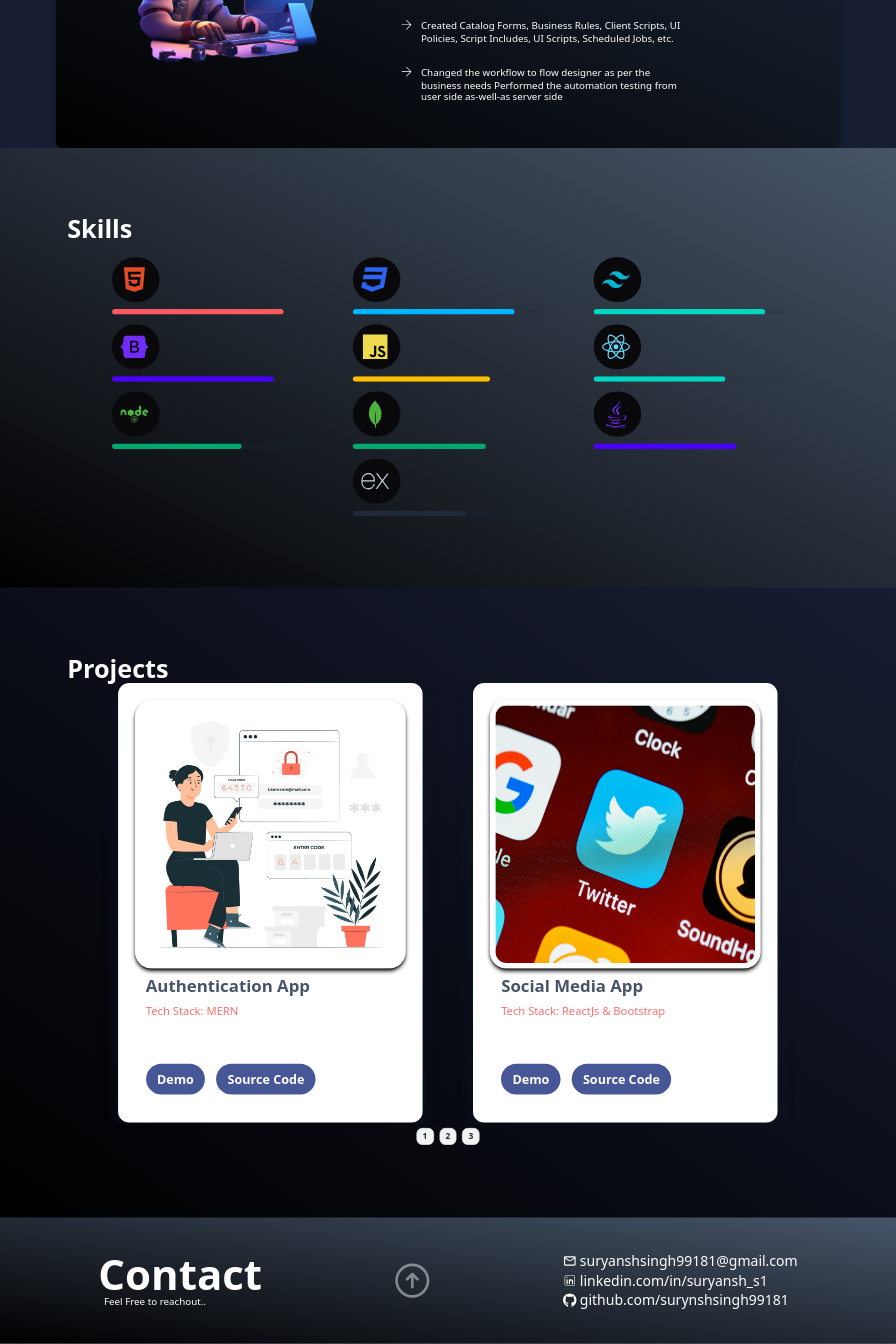
Repository: suryanshsingh99181/portfolio
Page: /
These files come from the project's save history. The page is drawn as it stood at one moment and after the next save; the edit follows.
The browser window is 1280 px wide. The pictures show the part of the page from y = 878 to 2798 px (the page is 2798 px tall), at 70% of full size.
The project was rebuilt for these pictures with package versions that can differ from the ones it lists, and the page was loaded fresh each time. Also part of the build but not shown: vite.config.js.

Above is the page before, as saved 2024-08-23 11:14:01.

### src/main.jsx
import { StrictMode } from "react";
import { createRoot } from "react-dom/client";
import App from "./App.jsx";
import "./index.css";
import { BrowserRouter, Router } from "react-router-dom";

createRoot(document.getElementById("root")).render(
  <StrictMode>
    <App />
  </StrictMode>
);

### src/App.jsx
import Experience from "./Components/experience/Experience";
import Footer from "./Components/footer/Footer";
import Home from "./Components/home/Home";
import Navbar from "./Components/navbar/Navbar";
import Projects from "./Components/Projects/Projects";
import Skills from "./Components/skills/Skills";
import "./index.css";

function App() {
  return (
    <div className="bg-[#171d32] h-auto w-full overflow-hidden">
      <Navbar></Navbar>
      <Home></Home>
      <Experience></Experience>
      <Skills></Skills>
      <Projects></Projects>
      <Footer></Footer>
    </div>
  );
}

export default App;

### src/Components/experience/Experience.jsx
import { InboxArrowDownIcon } from "@heroicons/react/16/solid";
import { TfiArrowRight } from "react-icons/tfi";
import image from "../../assets/proj.png";
import allstate_logo from "../../assets/Allstate-Logo-2017.png";

const Experience = () => {
  return (
    <div
      id="Experience"
      className="text-white md:flex overflow-hidden items-center md:flex-wrap md:justify-center bg-gradient-to-tr from-black to to-slate-800 shadow-xl mx-0 md:mx-20 bg-opacity-30 rounded-lg p-12"
    >
      <div>
        <h2 className="text-2xl md:text-4xl font-bold">Experience</h2>
        <div className="md:flex flex-wrap flex-col md:flex-row items-center">
          <img
            className="md:h-80 -ml-28 pr-10"
            src={image}
            alt="Experience Image"
          />
          <ul>
            <div className="flex gap-10 bg-slate-950 bg-opacity-45 mt-4 rounded-lg p-4 items-center">
              <span className="text-white">
                <h2 className=" leading-tight ">
                  Associate Consultant at Allstate Solution Pvt Ltd
                </h2>
                <p className="text-sm leading-tight font-thin">
                  August 2022 - Nov 2023
                </p>
                <ul className="text-sm p-2">
                  <li>ServiceNow developer</li>
                </ul>
              </span>
              <span>
                <img src={allstate_logo} className="w-28 text-[#0033A0]" />
              </span>
            </div>
            <div className="flex gap-3 py-4">
              <TfiArrowRight />
              <span className="w-96">
                <p className="text-sm md:text-md leading-tight">
                  Incident management, change management, problem management,
                  configuration management, asset management, and other
                </p>
              </span>
            </div>
            <div className="flex gap-3 py-4">
              <TfiArrowRight />
              <span className="w-96">
                <p className="text-sm md:text-md leading-tight">
                  Created Catalog Forms, Business Rules, Client Scripts, UI
                  Policies, Script Includes, UI Scripts, Scheduled Jobs, etc.
                </p>
              </span>
            </div>

            <div className="flex gap-3 py-4">
              <TfiArrowRight />
              <span className="w-96">
                <p className="text-sm md:text-md leading-tight">
                  Changed the workflow to flow designer as per the business
                  needs Performed the automation testing from user side
                  as-well-as server side
                </p>
              </span>
            </div>
          </ul>
        </div>
      </div>
    </div>
  );
};

export default Experience;

### src/Components/footer/Footer.jsx
import { CiLinkedin } from "react-icons/ci";
import { FaGithub } from "react-icons/fa";
import { MdOutlineEmail } from "react-icons/md";
import { HiOutlineArrowUpCircle } from "react-icons/hi2";

const Footer = () => {
  const handleScrollTop = () => {
    const contactSection = document.getElementById("navbar");
    if (contactSection) {
      contactSection.scrollIntoView({ behavior: "smooth" });
    }
  };
  return (
    <div
      id="Contact"
      className="flex justify-around bg-gradient-to-tr from-black to to-slate-600 text-white p-10 md:p-12 items-center"
    >
      <div>
        <h1 className="text-2xl md:text-6xl font-bold">Contact</h1>
        <h3 className="ml-2 text-2xl md:text-sm font-normal ">
          Feel Free to reachout..
        </h3>
      </div>
      <HiOutlineArrowUpCircle
        className="text-6xl opacity-45 font-thin hover:"
        title="scroll up"
        onClick={handleScrollTop}
      />
      <ul className="text-sm md:text-xl">
        <li className="flex gap-1 items-center">
          <MdOutlineEmail />
          suryanshsingh99181@gmail.com
        </li>
        <li className="flex gap-1 items-center">
          <CiLinkedin />
          linkedin.com/in/suryansh_s1
        </li>
        <li className="flex gap-1 items-center">
          <FaGithub />
          github.com/surynshsingh99181
        </li>
      </ul>
    </div>
  );
};

export default Footer;
<div></div>;

### src/Components/home/Home.jsx
import React from "react";
import image from "../../assets/suryansh.jpg";
import TextChanger from "../../TextChanger";

const Home = () => {
  const handleScroll = () => {
    const contactSection = document.getElementById("Contact");
    if (contactSection) {
      contactSection.scrollIntoView({ behavior: "smooth" });
    }
  };
  return (
    <div className="bg-gradient-to-tr from-black to to-slate-600 text-white flex w-full justify-between items-start p-10 md:p-20">
      <div className="md:w-2/4 md:pt-10 mt-10">
        <h1 className="text-3xl md:text-6xl font-bold flex leading-normal tracking-tighter ">
          <TextChanger className=" whitespace-nowrap" />
        </h1>
        <p className="text-sm md:text-2xl leading-tight tracking-tight font-serif mt-4">
          a MERN stack developer...
        </p>
        <button
          className=" bg-blue-500 mt-5 md:md-10 text-white py-2 px-3 text-sm md:text-lg md:px-4 hover: duration-200 hover:bg-transparent hover:border-2 hover:border-[#FF7C00] font-semibold rounded-3xl"
          onClick={handleScroll}
        >
          Contact Me
        </button>
        <button
          className=" bg-blue-500 mt-5 ml-4 md:md-10 text-white py-2 px-3 text-sm md:text-lg md:px-4 hover: duration-200 hover:bg-transparent hover:border-2 hover:border-[#FF7C00] font-semibold rounded-3xl"
          onClick={""}
        >
          Resume
        </button>
      </div>
      <div>
        <img
          className="h-96 w-96 rounded-full object-cover object-center p-2 border-4 border-[#FF7C00] shadow-[0_0_0_5px_rgba(0,0,0,1)]"
          src={image}
          alt=""
        />
      </div>
    </div>
  );
};

export default Home;

### src/Components/navbar/Navbar.jsx
import { RiCloseLine, RiMenu3Line } from "@remixicon/react";
import React, { useState } from "react";

const Navbar = () => {
  const [showMenu, setShowMenu] = useState(true);
  const [menu, openMenu] = useState(false);
  return (
    <nav
      id="navbar"
      className="flex flex-wrap justify-between md:items-center text-white px-10 md:px-20 bg-slate-800 "
    >
      <span className="text-2xl font-bold tracking-wide hover:text-blue-300">
        Suryansh.
      </span>
      <ul
        className={`mx-24 mt-3 py-2 font-semibold md:-5 md:border-none  md:bg-transparent md:static md:mx-0 md:flex gap-6 ${
          menu ? "block" : "hidden"
        }`}
      >
        <a href="#Experience">
          <li className="text-md transition-all duration-500 p-1 md:p-0 hover:text-blue-300 hover:underline ">
            Experience
          </li>
        </a>
        <a href="#Skills">
          <li className="text-md transition-all duration-300 p-1 md:p-0 hover:text-blue-300 hover:underline">
            Skills
          </li>
        </a>
        <a href="#Projects">
          <li className="text-md transition-all duration-300 p-1 md:p-0 hover:text-blue-300 hover:underline">
            Projects
          </li>
        </a>
        <a href="#Contact">
          <li className="text-md transition-all duration-300 p-1 md:p-0 hover:text-blue-300 hover:underline">
            Contact
          </li>
        </a>
      </ul>
      {showMenu ? (
        <RiMenu3Line
          size={30}
          className="md:hidden absolute right-10 top-6 transition-all duration-300"
          onClick={() => {
            openMenu(!menu);
            setShowMenu(!showMenu);
          }}
        />
      ) : (
        <RiCloseLine
          size={30}
          className="md:hidden absolute right-10 top-6 transition-all duration-300"
          onClick={() => {
            openMenu(!menu);
            setShowMenu(!showMenu);
          }}
        />
      )}
    </nav>
  );
};

export default Navbar;

### src/Components/Projects/Projects.jsx
import ProjectCard from "./ProjectCard";
import proj1 from "../../assets/1.jpg";
import proj2 from "../../assets/2.jpg";
import proj3 from "../../assets/3.png";
import proj4 from "../../assets/6.png";
import proj5 from "../../assets/4.jpeg";
import proj6 from "../../assets/5.jpg";

const Projects = () => {
  return (
    <div
      id="Projects"
      className=" bg-gradient-to-tr from-black to to-slate-600p-10 md:p-24 text-white"
    >
      <h1 className="text-2xl md:text-4xl text-white font-bold">Projects</h1>

      {/* <div className="py-12 flex flex-wrap justify-evenly gap-y-3">
        <ProjectCard
          imgSrc={proj1}
          title="Authentication App"
          main="Tech Stack: MERN"
        />
        <ProjectCard
          imgSrc={proj2}
          title="Social Media App"
          main="Tech Stack: ReactJs & Bootstrap"
        />
        <ProjectCard
          imgSrc={proj3}
          title="Calculator"
          main="Tech Stack: ReactJs & TailwindCss"
        />
        <ProjectCard
          imgSrc={proj4}
          title="Rock-Paper-Scissor Game"
          main="Tech Stack: HTML, TailwindCss & Javascript"
        />
        <ProjectCard
          imgSrc={proj5}
          title="Myntra Functional Clone"
          main="Tech Stack: HTML, TailwindCss & Javascript"
        />
        <ProjectCard
          imgSrc={proj6}
          title="Amazon Clone UI"
          main="Tech Stack: HTML & CSS"
        />
      </div> */}
      <div className="carousel w-full">
        <div id="item1" className="carousel-item w-full justify-evenly">
          <ProjectCard
            imgSrc={proj1}
            title="Authentication App"
            main="Tech Stack: MERN"
          />
          <ProjectCard
            imgSrc={proj2}
            title="Social Media App"
            main="Tech Stack: ReactJs & Bootstrap"
          />
        </div>
        <div id="item2" className="carousel-item w-full justify-evenly">
          <ProjectCard
            imgSrc={proj3}
            title="Calculator"
            main="Tech Stack: ReactJs & TailwindCss"
          />
          <ProjectCard
            imgSrc={proj4}
            title="Rock-Paper-Scissor Game"
            main="Tech Stack: HTML, TailwindCss & Javascript"
          />
        </div>
        <div id="item3" className="carousel-item w-full justify-evenly">
          <ProjectCard
            imgSrc={proj5}
            title="Myntra Functional Clone"
            main="Tech Stack: HTML, TailwindCss & Javascript"
          />
          <ProjectCard
            imgSrc={proj6}
            title="Amazon Clone UI"
            main="Tech Stack: HTML & CSS"
          />
        </div>
      </div>
      <div className="flex w-full justify-center gap-2 py-2">
        <a href="#item1" className="btn btn-xs">
          1
        </a>
        <a href="#item2" className="btn btn-xs">
          2
        </a>
        <a href="#item3" className="btn btn-xs">
          3
        </a>
      </div>
    </div>
  );
};

export default Projects;

### src/Components/skills/Skills.jsx
import { Progress } from "@material-tailwind/react";
import "daisyui/dist/full.css";
import {
  FaCss3,
  FaFigma,
  FaGoogle,
  FaHtml5,
  FaJava,
  FaJs,
  FaNode,
  FaReact,
} from "react-icons/fa";
import {
  SiBootstrap,
  SiExpress,
  SiMongodb,
  SiRadixui,
  SiTailwindcss,
} from "react-icons/si";

import image from "../../assets/proj.png";

const Skills = () => {
  return (
    <div
      id="Skills"
      className="p-10 md:p-24 bg-gradient-to-tr from-black to to-slate-600"
    >
      <h1 className="text-2xl md:text-4xl text-white font-bold">Skills</h1>
      <div className="mt-5">
        <div className=" flex flex-wrap justify-evenly w-auto gap-2">
          <div className="w-1/4">
            <span className="p-3 bg-zinc-950 flex items-center rounded-full w-1/4">
              <FaHtml5 className=" text-[#e34c26] w-10 h-10" />
            </span>
            <progress
              className="progress progress-error w-full"
              value="90"
              max="100"
            ></progress>
          </div>
          <div className="w-1/4">
            <span className="p-3 bg-zinc-950 flex items-center rounded-full w-1/4">
              <FaCss3 className=" text-[#2965f1] w-10 h-10" />
            </span>
            <progress
              className="progress progress-info w-full"
              value="85"
              max="100"
            ></progress>
          </div>
          <div className="w-1/4">
            <span className="p-3 bg-zinc-950 flex items-center rounded-full w-1/4">
              <SiTailwindcss className=" text-[#06b6d4] w-10 h-10" />
            </span>
            <progress
              className="progress progress-accent w-full"
              value="90"
              max="100"
            ></progress>
          </div>
          <div className="w-1/4">
            <span className="p-3 bg-zinc-950 flex items-center rounded-full w-1/4">
              <SiBootstrap className=" text-[#712CF9] w-10 h-10" />
            </span>
            <progress
              className="progress progress-primary w-full"
              value="85"
              max="100"
            ></progress>
          </div>
          <div className="w-1/4">
            <span className="p-3 bg-zinc-950 flex items-center rounded-full w-1/4">
              <FaJs className="text-[#f0db4f] w-10 h-10" />
            </span>
            <progress
              className="progress progress-warning w-full"
              value="72"
              max="100"
            ></progress>
          </div>
          <div className="w-1/4">
            <span className="p-3 bg-zinc-950 flex items-center rounded-full w-1/4">
              <FaReact className=" text-[#61dbfb] w-10 h-10" />
            </span>
            <progress
              className="progress progress-accent w-full"
              value="69"
              max="100"
            ></progress>
          </div>{" "}
          <div className="w-1/4">
            <span className="p-3 bg-zinc-950 flex items-center rounded-full w-1/4">
              <FaNode className="text-[#4db33d] w-10 h-10" />
            </span>
            <progress
              className="progress progress-success w-full"
              value="68"
              max="100"
            ></progress>
          </div>{" "}
          <div className="w-1/4">
            <span className="p-3 bg-zinc-950 flex items-center rounded-full w-1/4">
              <SiMongodb className="text-[#4db33d] w-10 h-10" />
            </span>
            <progress
              className="progress progress-success w-full"
              value="70"
              max="100"
            ></progress>
          </div>
          <div className="w-1/4">
            <span className="p-3 bg-zinc-950 flex items-center rounded-full w-1/4">
              <FaJava className="text-[#712CF5] w-10 h-10" />
            </span>
            <progress
              className="progress progress-primary w-full"
              value="75"
              max="100"
            ></progress>
          </div>{" "}
          <div className="w-1/4">
            <span className="p-3 bg-zinc-950 flex items-center rounded-full w-1/4">
              <SiExpress className="text-slate-300 w-10 h-10" />
            </span>
            <progress
              className="progress progress-progress w-full"
              value="60"
              max="100"
            ></progress>
          </div>
        </div>
      </div>
    </div>
  );
};

export default Skills;

### src/TextChanger.jsx
import { useState, useEffect } from "react";

const TextChanger = () => {
  const texts = [
    "Hi, I am Suryansh!!",
    "Hi, I am Suryansh!!",
    "Hi, I am Suryansh!!",
  ];
  const [currentText, setCurrentText] = useState("");
  const [endValue, setEndValue] = useState(true);
  const [isForward, setIsForward] = useState(true);
  const [index, setIndex] = useState(0);

  useEffect(() => {
    const intervalId = setInterval(() => {
      setCurrentText(texts[index].substring(0, endValue));
      if (isForward) {
        setEndValue((prev) => prev + 1);
      } else {
        setEndValue((prev) => prev - 1);
      }
      if (endValue > texts[index].length + 10) {
        setIsForward(false);
      }
      if (endValue < 2.1) {
        setIsForward(true);
        setIndex((prev) => prev & texts.length);
      }
    }, 50);
    return () => clearInterval(intervalId);
  }, [endValue, isForward, index, texts]);
  return <div className="transition ease duration-300">{currentText}</div>;
};

export default TextChanger;

### src/Components/Projects/ProjectCard.jsx
import suryansh from "../../assets/suryansh.jpg";

const ProjectCard = ({ imgSrc, title, main }) => {
  return (
    <div className="w-2/5 p-2 md:p-6 flex flex-col bg-white shadow-xl shadow-slate-900 rounded-2xl">
      <img
        className="p-2 rounded-3xl shadow-md shadow-black h-96"
        src={imgSrc}
        alt="bannerimage"
      />
      <h3 className=" pt-2 px-4 text-xl md:text-2xl font-semibold leading-normal text-slate-600">
        {title}
      </h3>
      <p className="px-4 text-sm md:text-base leading-tight py-2 text-red-400">
        {main}
      </p>
      <div className="md:p-4 flex gap-2 md:gap-4 ">
        <button className="md:mt-10 text-white py-2 px-3 text-sm md:text-lg md:py-2 md:px-4 hover:opacity-85 duration-300 hover:scale-105 font-semibold rounded-3xl bg-[#465697]">
          Demo
        </button>
        <button className="md:mt-10 text-white py-2 px-3 text-sm md:text-lg md:py-2 md:px-4 hover:opacity-85 duration-300 hover:scale-105 font-semibold rounded-3xl bg-[#465697]">
          Source Code
        </button>
      </div>
    </div>
  );
};

export default ProjectCard;

Loaded but not shown: index.html (common file); src/index.css (common file); tailwind.config.js (common file)

After the next save:
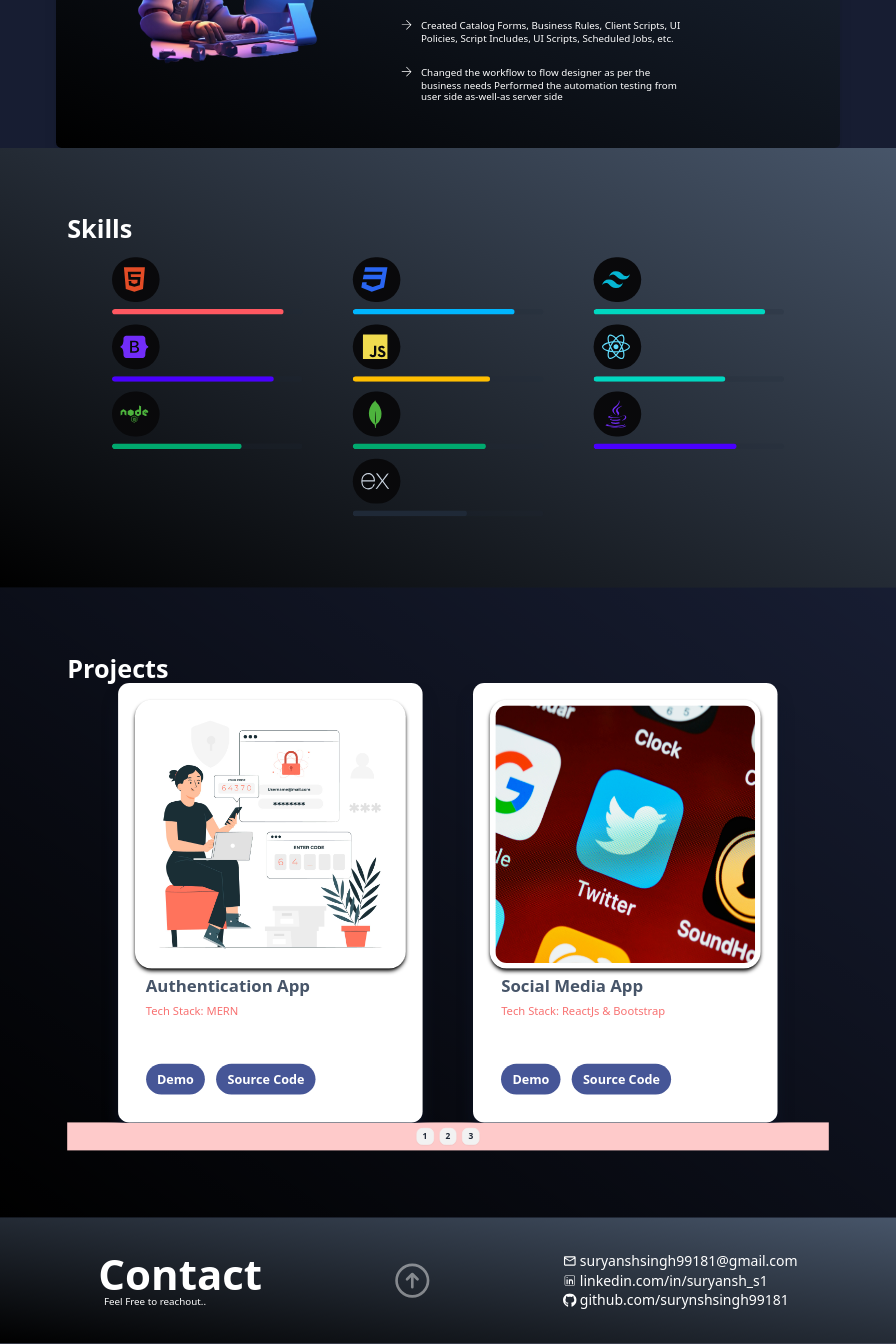
Saved 22 s later.
--- a/src/Components/Projects/Projects.jsx
+++ b/src/Components/Projects/Projects.jsx
@@ -84,7 +84,7 @@
           />
         </div>
       </div>
-      <div className="flex w-full justify-center gap-2 py-2">
+      <div className="flex w-full justify-center gap-2 py-2 bg-red-200">
         <a href="#item1" className="btn btn-xs">
           1
         </a>

After the save that followed:
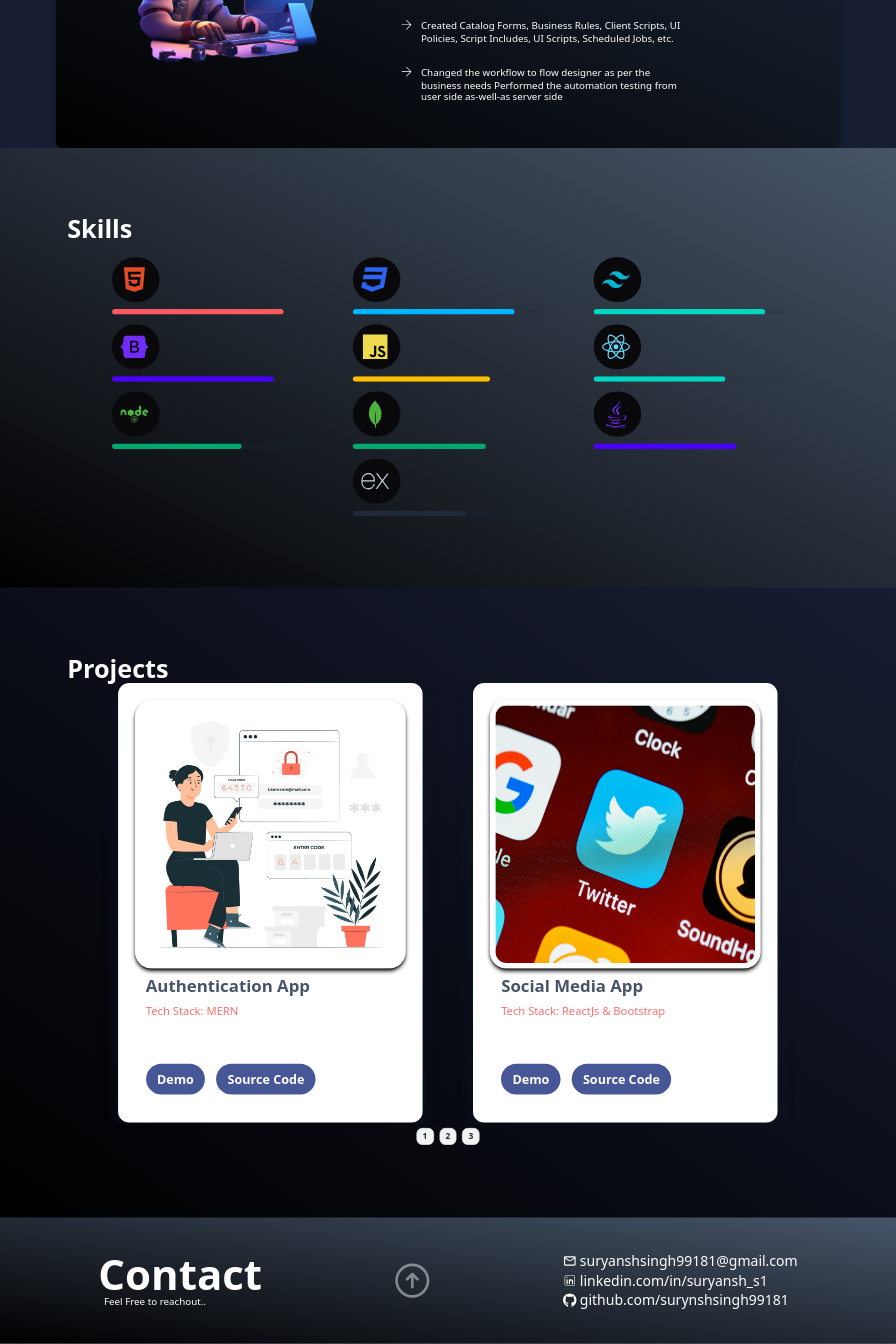
Saved 7 s later.
--- a/src/Components/Projects/Projects.jsx
+++ b/src/Components/Projects/Projects.jsx
@@ -84,7 +84,7 @@
           />
         </div>
       </div>
-      <div className="flex w-full justify-center gap-2 py-2 bg-red-200">
+      <div className="flex w-full justify-center gap-2 py-2">
         <a href="#item1" className="btn btn-xs">
           1
         </a>
